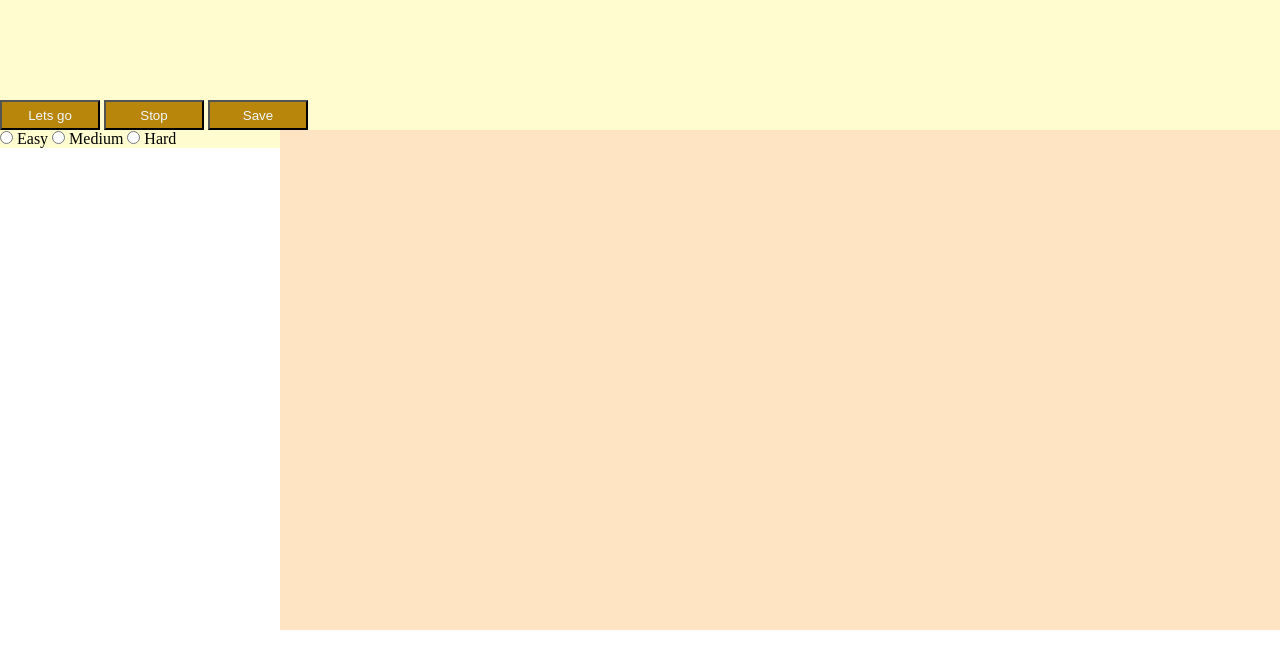
Repository: AytacSafarova/Bubble-game
Page: Bubble-game/index.html
An editor plug-in stored every save of this project. The page is shown before and after the next save, followed by the edit.
The browser window is 1280 px wide. The pictures show the whole page.

Above is the page before, as saved 2022-09-06 01:36:49.

### Bubble-game/index.html
<!DOCTYPE html>
<html lang="en">
<head>
    <meta charset="UTF-8">
    <meta http-equiv="X-UA-Compatible" content="IE=edge">
    <meta name="viewport" content="width=div.container, initial-scale=1.0">
    <link rel="stylesheet" href="./style.css">
    <title>Document</title>
</head>
<body>
    <div class="container">

    <button class="start">Lets go</button>

    <button class="stop">Stop</button>
    <button class="save">Save</button>



        <div class="balonplace"></div>
<div class="speed">
<input type="radio" name="input" class="checkbox"> <span>Easy</span>
<input type="radio" name="input" class="checkbox"> <span>Medium</span>
<input type="radio" name="input" class="checkbox"> <span>Hard</span>
</div>


        <div class="score"></div>

    </div>
</body>
<script src="./main.js"></script>
</html>

### Bubble-game/style.css
*{
    margin: 0;
    padding: 0;
    box-sizing: border-box;
}
.container{
background-color: #FFFDD0
;
padding-top: 100px;
}
.balonplace{
    position: absolute;
    right: 0;
    width:1000px;
height: 500px;
background-color: bisque;}

button{
    background-color: darkgoldenrod;
    color: aliceblue;
    width: 100px;
    height: 30px;
}
.balon{
    width:50px;
    height: 50px;
    background-color: rgb(13, 89, 80);
    border-radius: 50%;
}

### Bubble-game/main.js

let startbtn=document.querySelector(".start")
let savebtn=document.querySelector(".save")
let stopbtn=document.querySelector(".stop")
let input= document.querySelector("input")
let balonplace=document.querySelector(".balonplace")
let checkboxs=document.querySelectorAll(".checkbox")
let check= document.querySelector(".check")
  let time=3000;



// take count from user
let count=0
let addtime
let user


startbtn.addEventListener('click', addbubble)

function addbubble(){
    startbtn.style.display=none
  user = prompt("Please enter your name");
checkboxs.forEach(item=>{
    if(item.checked && item.nextElementSibling.textContent=="Easy"){
     addtime= setInterval(()=>{
            let div= document.createElement("div")
               div.classList.add("balon")
               balonplace.appendChild(div)

           }, time)
        console.log(item.nextElementSibling.textContent)
    }
    else if (item.checked&& item.nextElementSibling.textContent=="Medium"){
        time=2000;
        addtime= setInterval(()=>{
            let div= document.createElement("div")
               div.classList.add("balon")
               balonplace.appendChild(div)
           }, time)
    }
    else if (item.checked&& item.nextElementSibling.textContent=="Hard"){
        time=1000

        addtime=   setInterval(()=>{
            let div= document.createElement("div")
               div.classList.add("balon")
               balonplace.appendChild(div)
           }, time)    }
})

}

stopbtn.addEventListener('click', stop)
function stop(){
clearInterval(addtime)
console.log('stop')
}








savebtn.addEventListener('click', takedata)
function takedata(){
    if(input.value){
        startbtn.disabled=false

    }
}

After the next save:
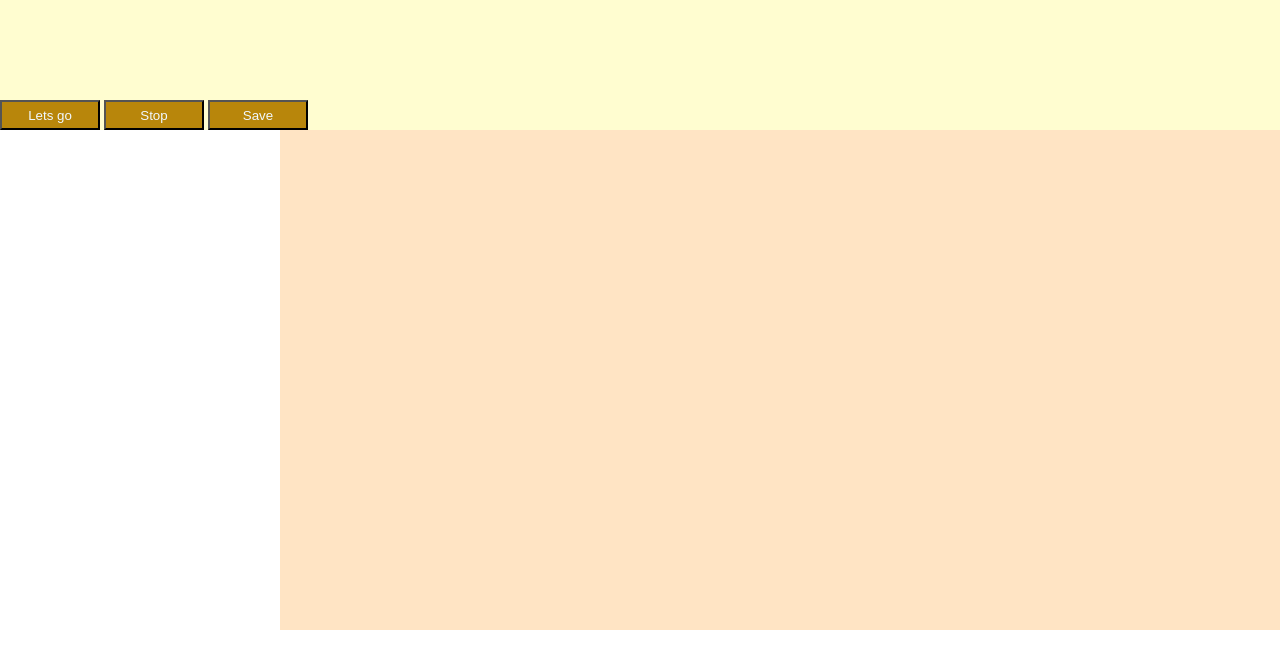
Saved 10 s later.
--- a/Bubble-game/index.html
+++ b/Bubble-game/index.html
@@ -14,15 +14,8 @@
 
     <button class="stop">Stop</button>
     <button class="save">Save</button>
+        <div class="balonplace"></div>
 
-
-
-        <div class="balonplace"></div>
-<div class="speed">
-<input type="radio" name="input" class="checkbox"> <span>Easy</span>
-<input type="radio" name="input" class="checkbox"> <span>Medium</span>
-<input type="radio" name="input" class="checkbox"> <span>Hard</span>
-</div>
 
 
         <div class="score"></div>
